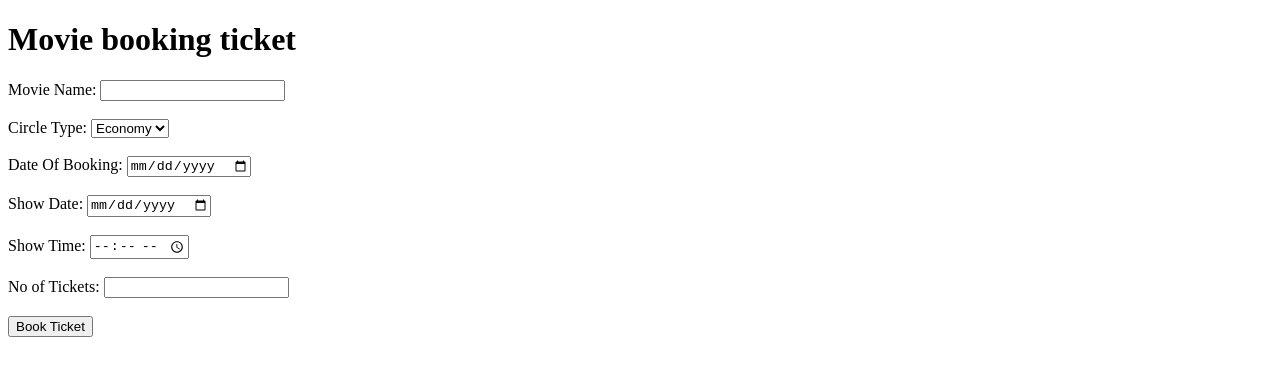
Repository: karthi-koundinya/SpringBootActivity
Page: http://localhost/movieapp/WEB-INF/jsp/bookticket.jsp
An editor plug-in stored every save of this project. The page is shown before and after the next save, followed by the edit.
The browser window is 1280 px wide. The pictures show the whole page.
The page is served by Tomcat 9. Nobody is signed in. Other server files are loaded and not shown. The template is opened directly, without the code that normally fills it, so the values that code supplies are empty.

Above is the page before, as saved 2021-12-01 08:50:43.

### movieapp/src/main/webapp/WEB-INF/jsp/bookticket.jsp
<%@ page language="java" contentType="text/html; charset=ISO-8859-1"
    pageEncoding="ISO-8859-1"%>
<!DOCTYPE html>
<html>
<head>
<meta charset="ISO-8859-1">
<title>Insert title here</title>
</head>
<body>
<h1>Movie booking ticket</h1>
<form action="bookingticket" method="post">
Movie Name: <input type="text" name="mname"><br><br>
Circle Type: <select name="ctype">
<option value="Economy">Economy</option>
<option value="Platinum">Platinum</option>
</select><br><br>
Date Of Booking: <input type="date" name="dateofbooking"><br><br>
Show Date: <input type="date" name="showdate" placeholder="yyyy-mm-dd"><br><br>
Show Time: <input type="time" name="showtime"><br><br>
No of Tickets: <input type="number" name="noofticket"><br><br>
<input type="submit" value="Book Ticket">
</form>
</body>
</html>

After the next save:
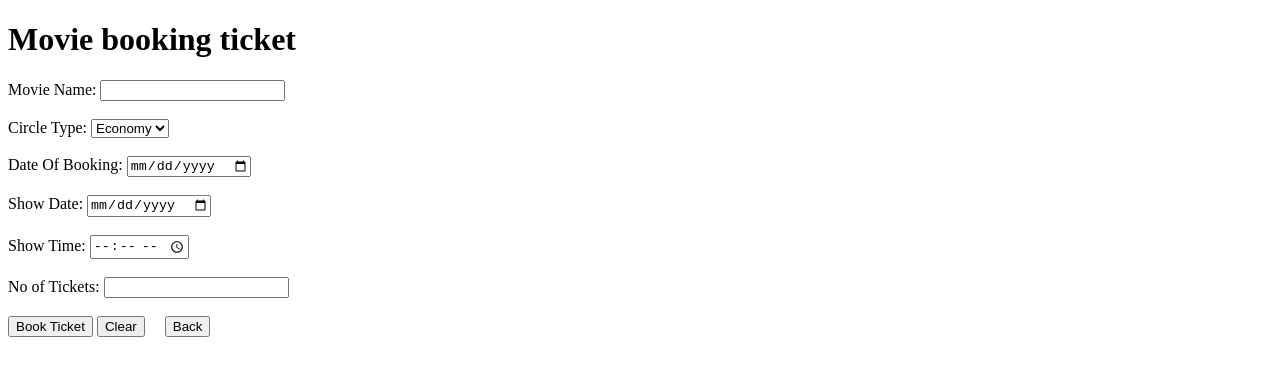
Saved 71 s later.
--- a/movieapp/src/main/webapp/WEB-INF/jsp/bookticket.jsp
+++ b/movieapp/src/main/webapp/WEB-INF/jsp/bookticket.jsp
@@ -19,6 +19,7 @@ Show Date: <input type="date" name="showdate" placeholder="yyyy-mm-dd"><br><br>
 Show Time: <input type="time" name="showtime"><br><br>
 No of Tickets: <input type="number" name="noofticket"><br><br>
 <input type="submit" value="Book Ticket">
+<input type="reset" value="Clear"> &nbsp &nbsp <a href="index"><input type="button" value="Back"></a>
 </form>
 </body>
 </html>
